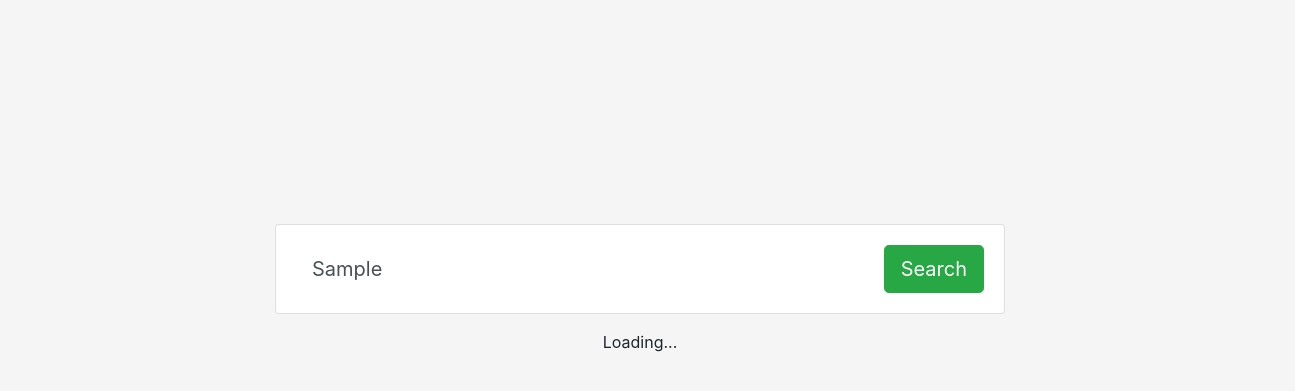
Repository: omribarmats/itc-project-group-4
Page: Backend/src/views/search.html
The author's editor kept a copy of each file at every save. The page is drawn from the files as they stood at one save, then again after the next save.
The browser window is 1280 px wide. The page is 1295 px wide, so the pictures cover 1295 px, including what lies to the right of the window. The pictures show the whole page.
Empty fields were first filled with sample values (such as "Sample", 5 or name@example.com).
After loading, the first visible `#search-form` was submitted once.
The page's requests for data from a server got no answer. Some web libraries are served in a nearby version.

Above is the page before, as saved 2023-03-29 12:30:06.

### Backend/src/views/search.html
<!DOCTYPE html>
<html>
<head>
<link href="//maxcdn.bootstrapcdn.com/bootstrap/4.1.1/css/bootstrap.min.css" rel="stylesheet" id="bootstrap-css">


<link rel="stylesheet" href="https://use.fontawesome.com/releases/v5.1.0/css/all.css"
    integrity="sha384-lKuwvrZot6UHsBSfcMvOkWwlCMgc0TaWr+30HWe3a4ltaBwTZhyTEggF5tJv8tbt" crossorigin="anonymous">

  <link rel="stylesheet" href="search.css">
<script src="script.js" defer></script>
</head>
<body>

    <div class="container">
        <br />
        <div class="row justify-content-center">
            <div class="col-12 col-md-10 col-lg-8">
                <form id="search-form" class="card card-sm">
                    <div class="card-body row no-gutters align-items-center">

                        <!--end of col-->
                        <div class="col">
                            <input id="search-input" class="form-control form-control-lg form-control-borderless" type="search"
                                placeholder="Search topics or keywords">
                        </div>
                        <!--end of col-->
                        <div class="col-auto">
                            <button class="btn btn-lg btn-success" type="submit">Search</button>
                        </div>
                        <!--end of col-->
                        <link rel="stylesheet" href="https://use.fontawesome.com/releases/v5.1.0/css/all.css"
                            integrity="sha384-lKuwvrZot6UHsBSfcMvOkWwlCMgc0TaWr+30HWe3a4ltaBwTZhyTEggF5tJv8tbt"
                            crossorigin="anonymous">
                    </div>
                </form>
            </div>

        </div>
    </div>
    <div id="search-results" class="row justify-content-center pt-3 ">Results</div>

</body>
</html>

### Backend/src/views/search.css
* {
	margin: 0;
	padding: 0;
}

body {
	background-color: #f5f5f5;
	padding-top: 200px;
}
.results {
	margin: 20px;
	width: 500px;
	height: 500px;
}

.form-control-borderless {
	border: none;
}

.form-control-borderless:hover,
.form-control-borderless:active,
.form-control-borderless:focus {
	border: none;
	outline: none;
	box-shadow: none;
}

### Backend/src/views/script.js
const form = document.querySelector('form');
const searchInput = document.querySelector('#search-input');
const searchResults = document.querySelector('#search-results');

form.addEventListener('submit', async (event) => {
	event.preventDefault();
	console.log('Hello world');
	searchResults.innerHTML = 'Loading...';
	const query = searchInput.value;
	const apiUrl = 'http://localhost:4000/free-search';
	const requestBody = { query };
	try {
		// const response = await fetch(apiUrl, {
		//     method: 'POST',
		//     headers: {
		//         'Content-Type': 'application/json'
		//     },
		//     body: JSON.stringify({ query: query })
		// });
		// const { destinations } = await response.json()
		// console.log(destinations)
		//            const destinationsHTML = destinations.map(item => `
		//     <div class="border border-primary rounded m-4 p-2">
		//       <h2>${item.name}</h2>
		//       <p>${item.address}</p>
		//     </div>
		//   `).join("");
		// searchResults.innerHTML = destinationsHTML;
	} catch (error) {
		console.error(error);
		searchResults.innerHTML = 'An error occurred while searching.';
	}
});

After the next save:
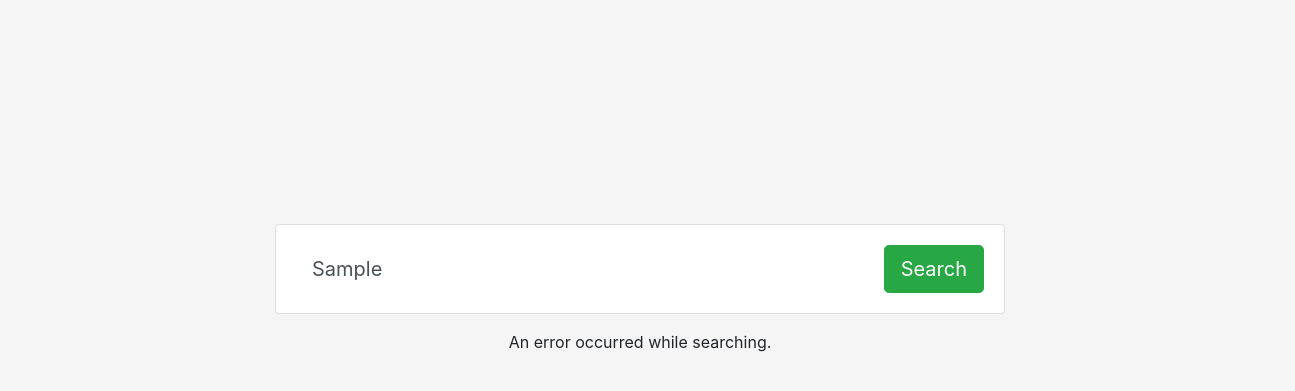
Saved 19 s later.
--- a/Backend/src/views/script.js
+++ b/Backend/src/views/script.js
@@ -4,19 +4,18 @@ const searchResults = document.querySelector('#search-results');
 
 form.addEventListener('submit', async (event) => {
 	event.preventDefault();
-	console.log('Hello world');
 	searchResults.innerHTML = 'Loading...';
 	const query = searchInput.value;
 	const apiUrl = 'http://localhost:4000/free-search';
 	const requestBody = { query };
 	try {
-		// const response = await fetch(apiUrl, {
-		//     method: 'POST',
-		//     headers: {
-		//         'Content-Type': 'application/json'
-		//     },
-		//     body: JSON.stringify({ query: query })
-		// });
+		const response = await fetch(apiUrl, {
+			method: 'POST',
+			headers: {
+				'Content-Type': 'application/json',
+			},
+			body: JSON.stringify({ query: query }),
+		});
 		// const { destinations } = await response.json()
 		// console.log(destinations)
 		//            const destinationsHTML = destinations.map(item => `
